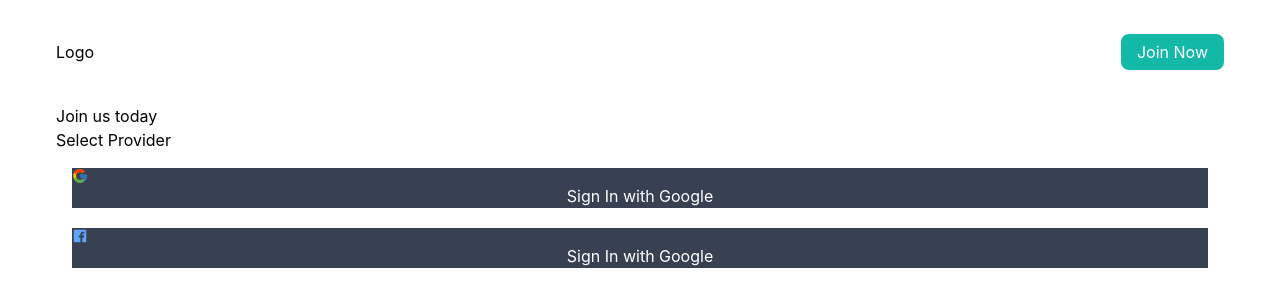
Repository: arafatmollah/auth-app
Page: /auth/login
An editor plug-in stored every save of this project. The page is shown before and after the next save, followed by the edit.
The browser window is 1280 px wide. The pictures show the whole page.
The project was rebuilt for these pictures with package versions that can differ from the ones it lists, and the page was loaded fresh each time. The framework's server and built-in components were replaced by stand-ins that run in the browser. Also part of the build but not shown: next.config.js.

Above is the page before, as saved 2022-10-03 21:12:02.

### pages/_app.js
import '../styles/globals.css'
import Layout from '../components/Layout'

function MyApp({ Component, pageProps }) {
 return(
  <Layout>
  <Component {...pageProps} />
 </Layout>
 )
}

export default MyApp

### pages/auth/login.js
import React from 'react'
import {FcGoogle} from 'react-icons/fc'
import {AiFillFacebook} from 'react-icons/ai'

export default function () {
  return (
    <div>
        <h2>Join us today</h2>
        <div>
            <p>Select Provider</p>
            <div className='flex p-4 flex-col w-50 justify-center align-middle'>
                <button className='bg-gray-700 text-white'>
                    <FcGoogle></FcGoogle>
                    Sign In with Google</button>
                <button className='bg-gray-700 text-white mt-5'>
                    <AiFillFacebook className='text-blue-400'></AiFillFacebook>
                    Sign In with Google</button>
            </div>
        </div>
    </div>
  )
}

### components/Layout.js
import React from 'react'
import Nav from './Nav'

export default function Layout({children}) {
  return (
    <div className='mx-14'>
       <Nav></Nav>
        <main>
        {children}
        </main>
        </div>
  )
}

### components/Nav.js
import React from 'react'
import Link from 'next/link'

function Nav() {
  return (
    <div>
        <nav className='flex justify-between items-center py-10'>
        <Link href="/">Logo</Link>
        <ul>
            <Link href="/auth">
            <a className='py-2 px-4 bg-teal-500 my-5 rounded-lg text-white'>Join Now</a>
            </Link>
        </ul>
        </nav>
    </div>
  )
}

export default Nav

Loaded but not shown: styles/globals.css (common file); tailwind.config.js (common file)

After the next save:
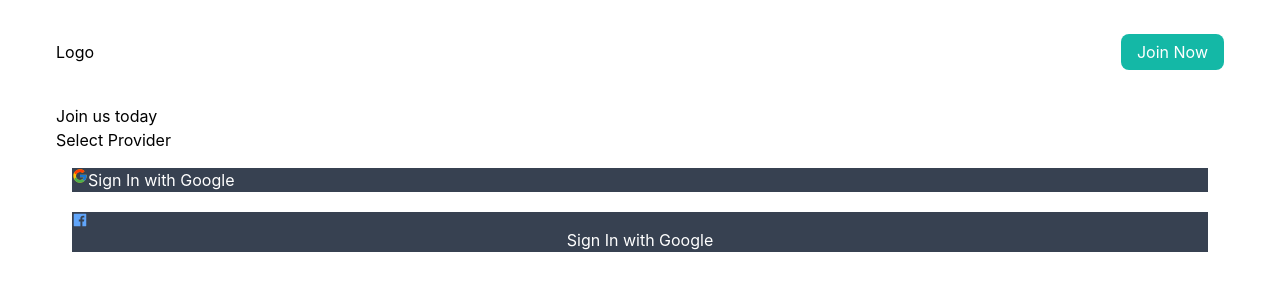
Saved 19 s later.
--- a/pages/auth/login.js
+++ b/pages/auth/login.js
@@ -9,7 +9,7 @@ export default function () {
         <div>
             <p>Select Provider</p>
             <div className='flex p-4 flex-col w-50 justify-center align-middle'>
-                <button className='bg-gray-700 text-white'>
+                <button className='bg-gray-700 text-white flex'>
                     <FcGoogle></FcGoogle>
                     Sign In with Google</button>
                 <button className='bg-gray-700 text-white mt-5'>
